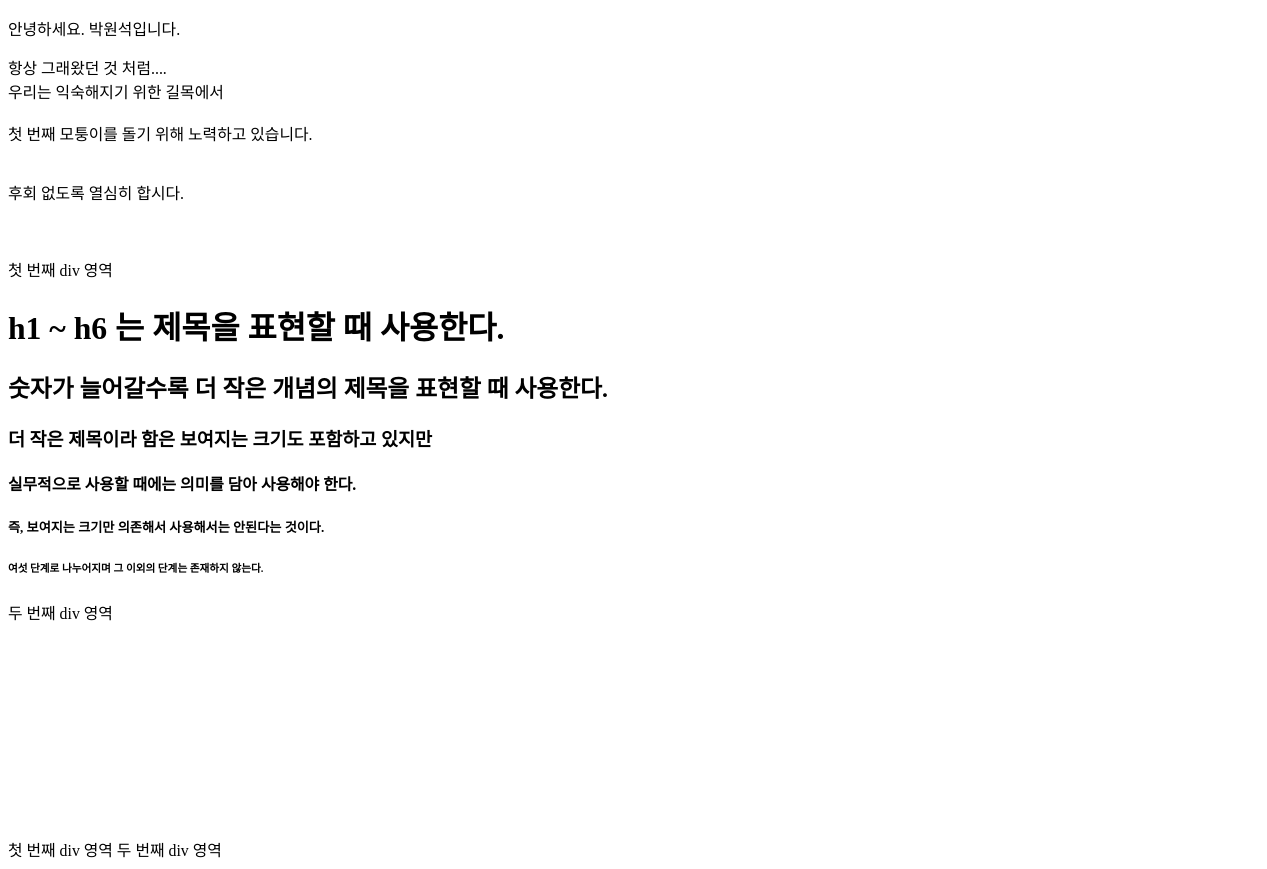
Repository: jp0301/WebStudy
Page: WebApp01/WebContent/Test001.html
An editor plug-in stored every save of this project. The page is shown before and after the next save, followed by the edit.
The browser window is 1280 px wide. The pictures show the whole page, at 99% of full size.

Above is the page before, as saved 2022-09-26 07:36:27.

After the next save:
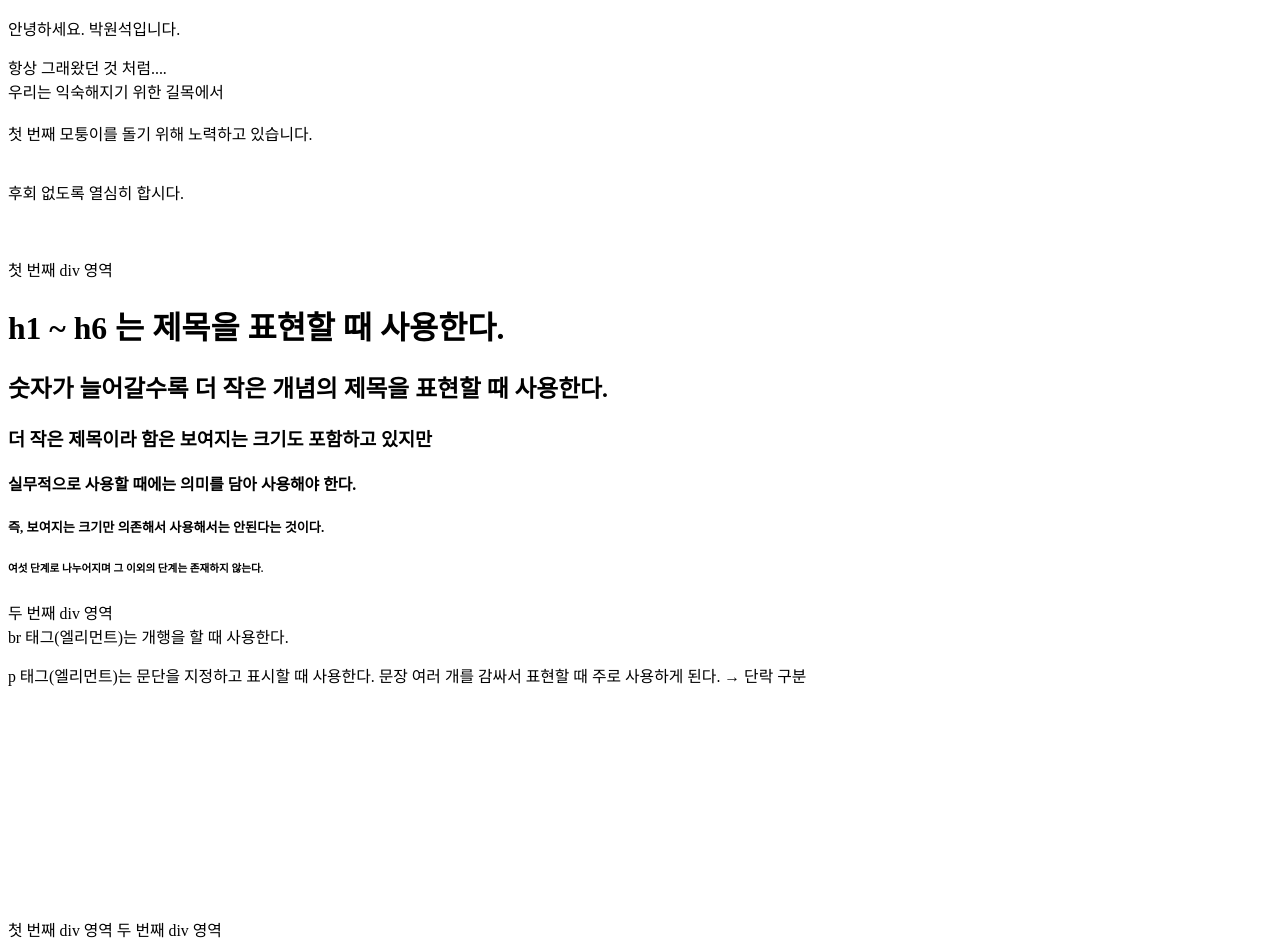
Saved 61 s later.
--- a/WebApp01/WebContent/Test001.html
+++ b/WebApp01/WebContent/Test001.html
@@ -30,7 +30,11 @@
 </div>
 
 <div>
-	두 번째 div 영역
+	두 번째 div 영역<br>
+	br 태그(엘리먼트)는 개행을 할 때 사용한다.<br>
+	<p>p 태그(엘리먼트)는 문단을 지정하고 표시할 때 사용한다.
+	문장 여러 개를 감싸서 표현할 때 주로 사용하게 된다. → 단락 구분</p>
+
 </div>
 
 
